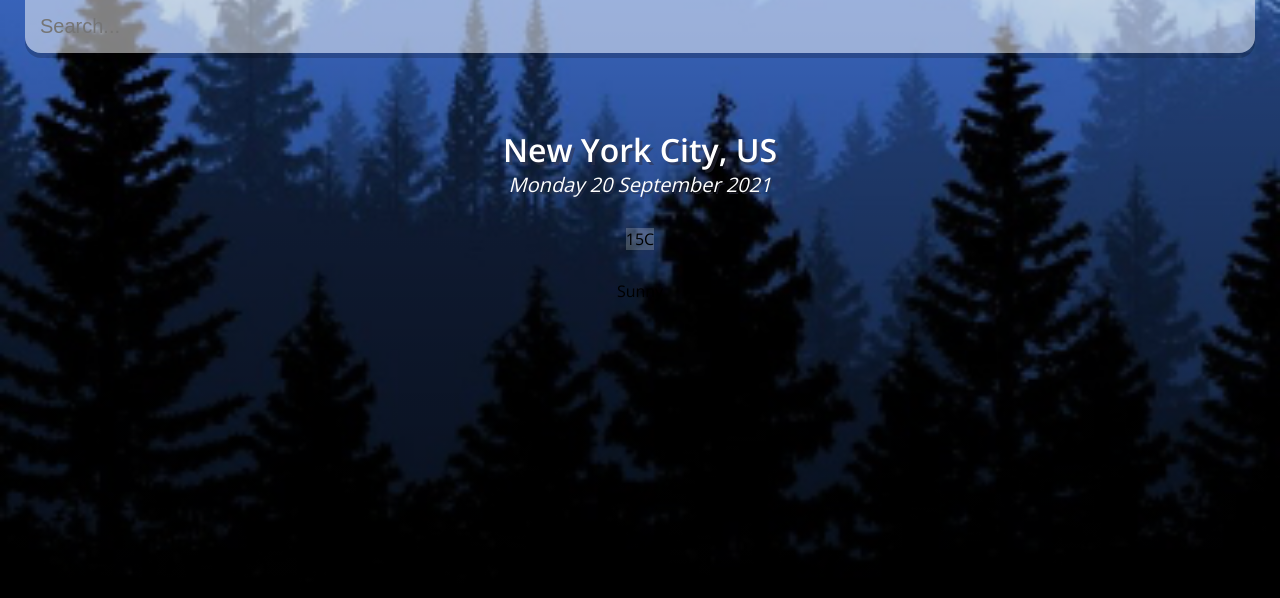
Repository: kate30980/weather-app-reactjs
Page: /
These files come from the project's save history. The page is drawn as it stood at one moment and after the next save; the edit follows.
The browser window is 1280 px wide. The pictures show the whole page.
The project was rebuilt for these pictures with package versions that can differ from the ones it lists, and the page was loaded fresh each time. Also part of the build but not shown: src/App.css.

Above is the page before, as saved 2021-09-20 15:36:49.

After the next save:
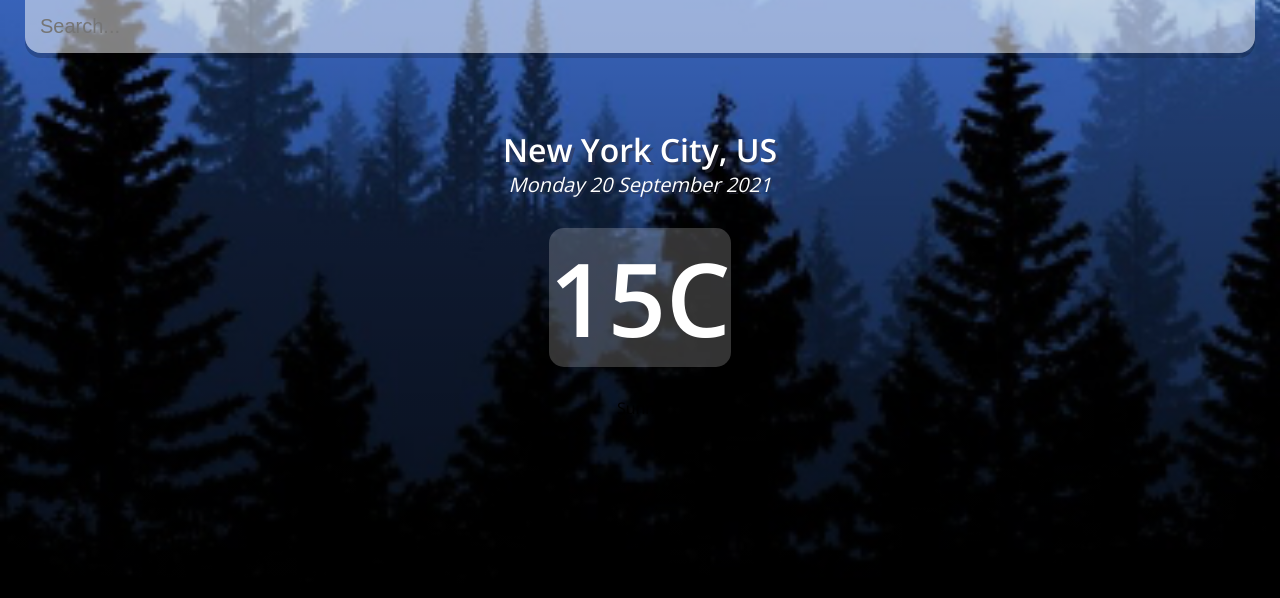
Saved 36 s later.
--- a/src/index.css
+++ b/src/index.css
@@ -73,5 +73,10 @@ main{
   position: relative;
   display: inline-block;
   margin: 30px auto;
-  background-color: rgba(255,255,255,0.2)
+  background-color: rgba(255,255,255,0.2);
+  border-radius: 15px;
+
+  color: #fff;
+  font-size: 102px;
+  font-weight: 900;
 }
